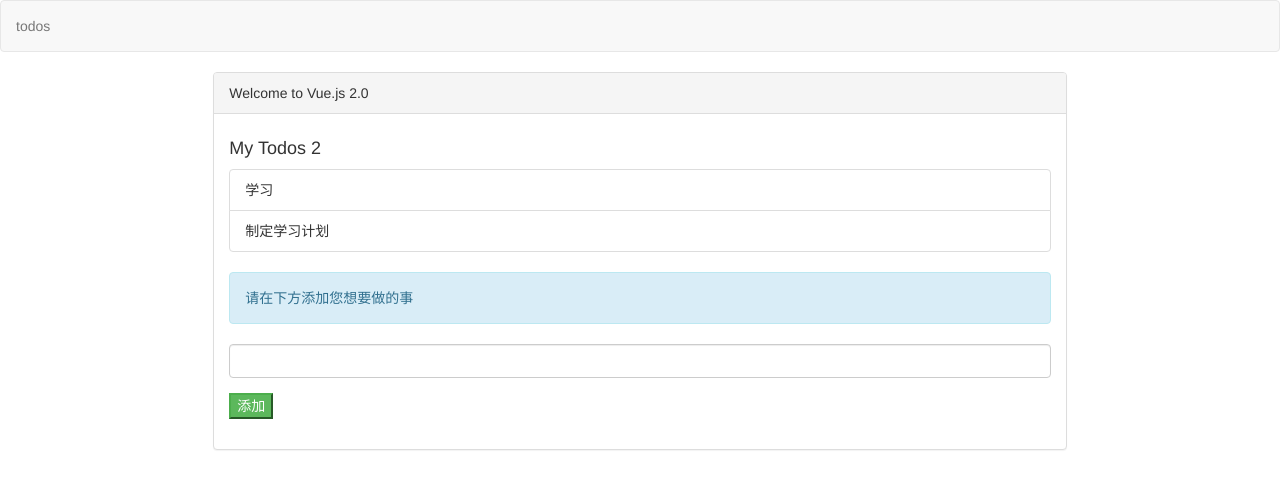
Repository: myr1111/todo
Page: Todoapp/index.html
These files come from the project's save history. The page is drawn as it stood at one moment and after the next save; the edit follows.
The browser window is 1280 px wide. The pictures show the whole page.

Above is the page before, as saved 2019-04-01 08:29:01.

After the next save:
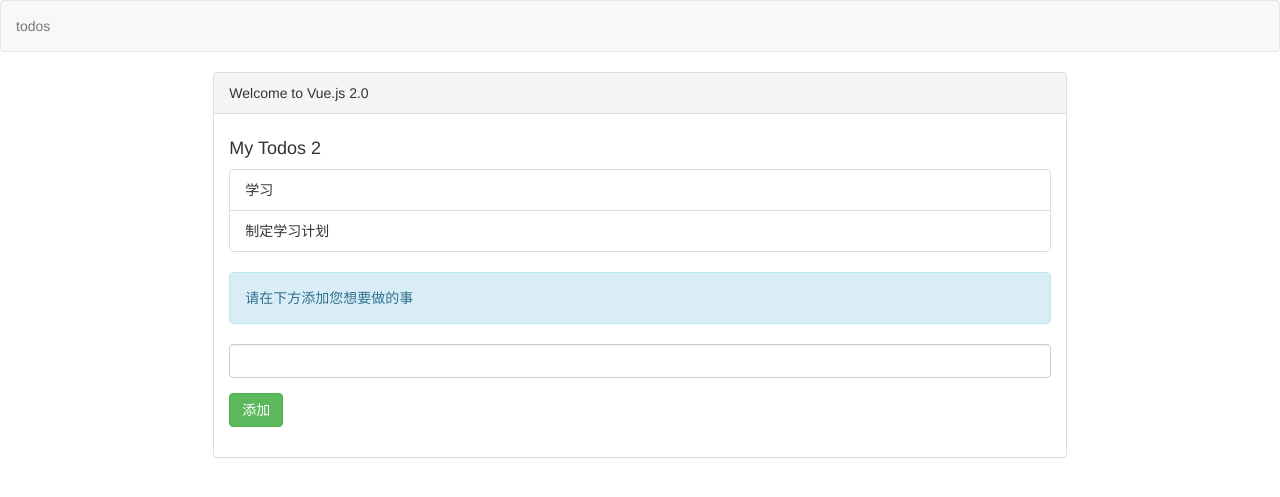
Saved 6 s later.
--- a/Todoapp/index.html
+++ b/Todoapp/index.html
@@ -29,7 +29,7 @@
                             <input type="text" class="form-control">
                         </div>
                         <div class="form-group">
-                            <button type="submit" class="btn-success">添加</button>
+                            <button type="submit" class="btn btn-success">添加</button>
                         </div>
                     </form>
                 </div>
